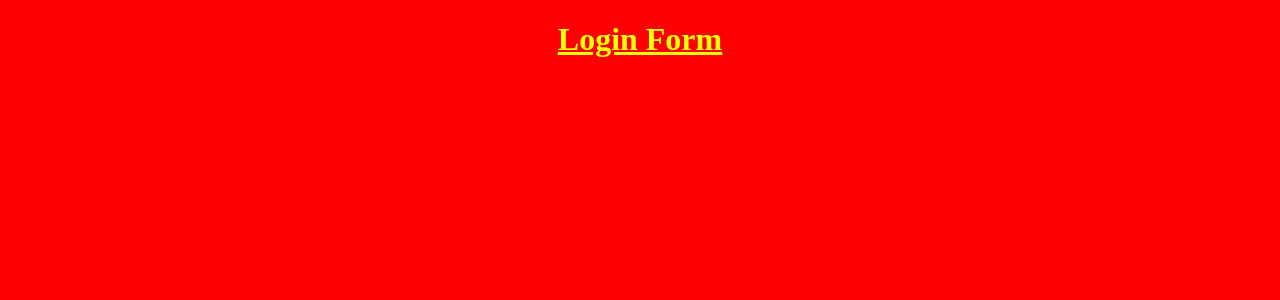
Repository: venugopalakrishnamylavarapu/Naresh-It-Full-Stack-java-Developer
Page: Advanced Java/Coding/Login/src/main/webapp/login.html
These files come from the project's save history. The page is drawn as it stood at one moment and after the next save; the edit follows.
The browser window is 1280 px wide. The pictures show the whole page.

Above is the page before, as saved 2023-02-08 15:00:30.

After the next save:
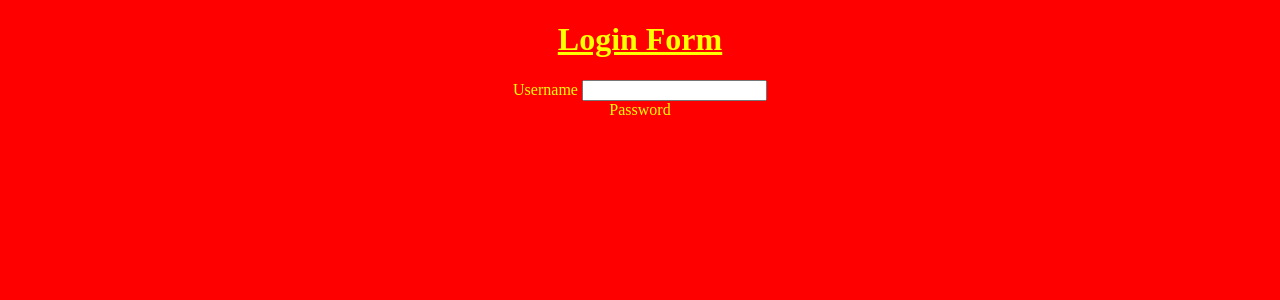
Saved 47 s later.
--- a/Advanced Java/Coding/Login/src/main/webapp/login.html
+++ b/Advanced Java/Coding/Login/src/main/webapp/login.html
@@ -7,6 +7,10 @@
 <body bgcolor="red" text="Yellow">
 <center>
 <h1><u>Login Form</u></h1>
+<form>
+Username <input type="text" name="uname"><br>
+Password
+</form>
 </center>
 </body>
 </html>
